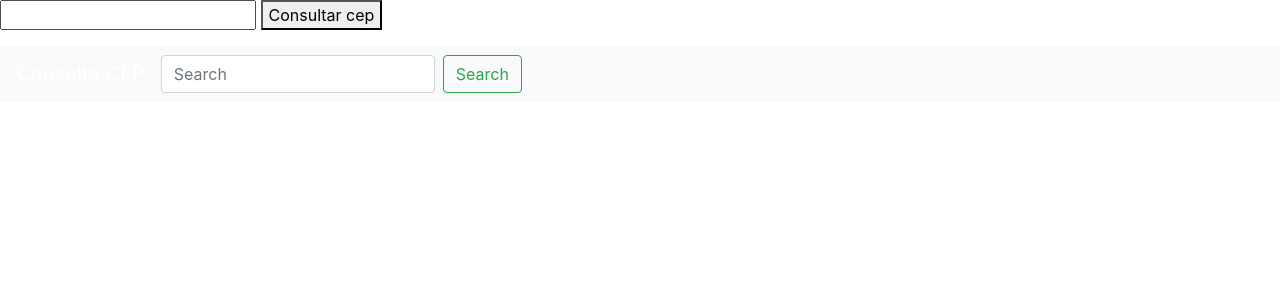
Repository: DaniloBaracho/jquery
Page: index.html
These files come from the project's save history. The page is drawn as it stood at one moment and after the next save; the edit follows.
The browser window is 1280 px wide. The pictures show the whole page.

Above is the page before, as saved 2020-06-19 18:07:50.
Console error: SyntaxError: Unexpected token '.'

### index.html
<!DOCTYPE html>
<html lang="pt-br">
    <head>
        <meta charset="utf-8"/>
        <title>
            Página AJAX
        </title>
        <script type="text/javascript" src="js/jquery-3.5.1.min.js"></script>
        <script type="text/javascript" src="js/main.js"></script>
        <link rel="stylesheet" type="text/css" href="bootstrap/css/bootstrap.min.css">
        <link rel="stylesheet" type="text/css" href="js/mystyle.css">
    </head>
    <body>
        <input id="cep">
        <button type="button" onclick="ConsultaCep()">Consultar cep</button>
        <p id="logradouro"></p>
        <p id="bairro"></p>
        <p id="uf"></p>
        <p id="localidade"></p>
        <nav class="navbar navbar-expand-lg navbar-light bg-light">
            <a class="navbar-brand text-white">Consulta CEP</a>
              <form class="form-inline my-2 my-lg-0">
                <input class="form-control mr-sm-2" type="search" placeholder="Search" aria-label="Search">
                <button class="btn btn-outline-success my-2 my-sm-0" type="submit">Search</button>
              </form>

          </nav>
    </body>
</html>

### js/main.js
//alert("funcionou");
function ConsultaCep(){
    var cep= document.getElementById("cep").value
    $.ajax({
        url:"https://viacep.com.br/ws/"+cep+"/json/",
        type: GET,
        success: function(response){
            console.log(response);
            //alert(response.logradouro);
            $("#logradouro").html(response.logradouro);
            //document.getElementById("logradouro").innerHTML = response.logradouro;
            document.getElementById("bairro").innerHTML = response.bairro;
            document.getElementById("uf").innerHTML = response.uf;
            document.getElementById("localidade").innerHTML = response.localidade;
        }
    })
}
.text-custom{

}

### js/mystyle.css
.text-custom{
    color:red;
    background-color:black;
}

Loaded but not shown: js/jquery-3.5.1.min.js (library); bootstrap/css/bootstrap.min.css (library)

After the next save:
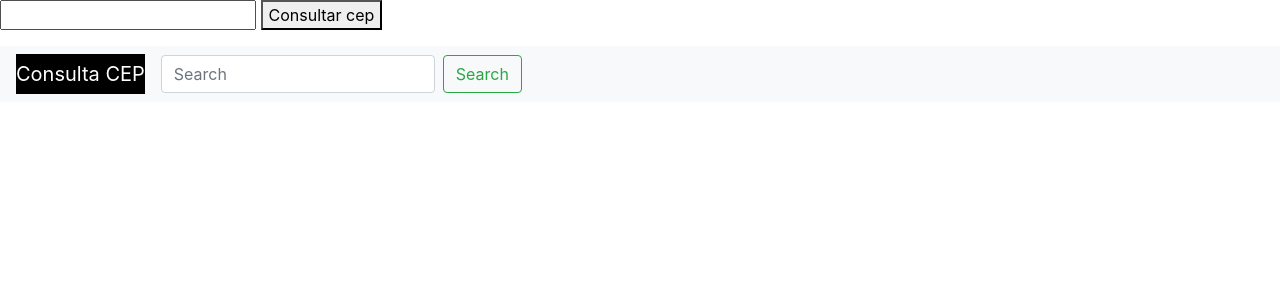
Saved 40 s later.
--- a/index.html
+++ b/index.html
@@ -18,7 +18,7 @@
         <p id="uf"></p>
         <p id="localidade"></p>
         <nav class="navbar navbar-expand-lg navbar-light bg-light">
-            <a class="navbar-brand text-white">Consulta CEP</a>
+            <a class="navbar-brand text-white text-custom">Consulta CEP</a>
               <form class="form-inline my-2 my-lg-0">
                 <input class="form-control mr-sm-2" type="search" placeholder="Search" aria-label="Search">
                 <button class="btn btn-outline-success my-2 my-sm-0" type="submit">Search</button>
